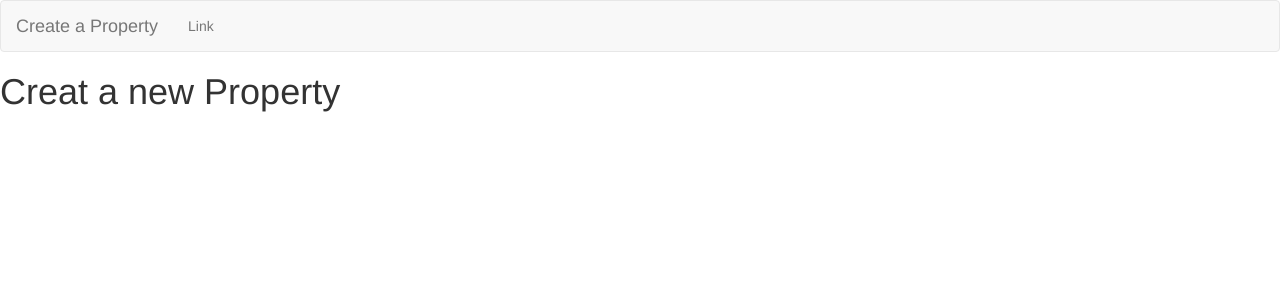
Repository: djoysilva/vivaRealChallenge
Page: http://localhost/vivaReal2.0/createProperty.jsp
The author's editor kept a copy of each file at every save. The page is drawn from the files as they stood at one save, then again after the next save.
The browser window is 1280 px wide. The pictures show the whole page.
The page is served by Tomcat 9.

Above is the page before, as saved 2016-11-02 20:05:05.

After the next save:
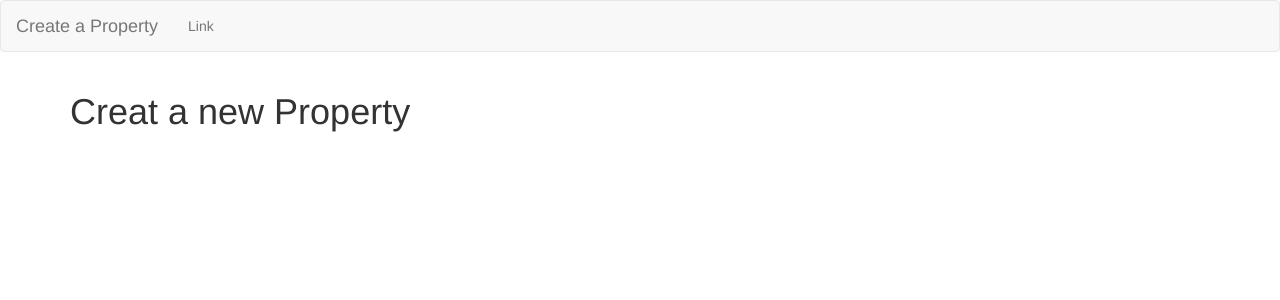
Saved 4 min 49 s later.
--- a/VivaRealWorkSpace/vivaReal2.0/WebContent/createProperty.jsp
+++ b/VivaRealWorkSpace/vivaReal2.0/WebContent/createProperty.jsp
@@ -9,6 +9,8 @@
 </head>
 <body>
 	<%@ include file = "menu.jsp" %>
-	<h1>Creat a new Property</h1>
+	<div class = container>
+		<h1>Creat a new Property</h1>
+	</div>
 </body>
 </html>
